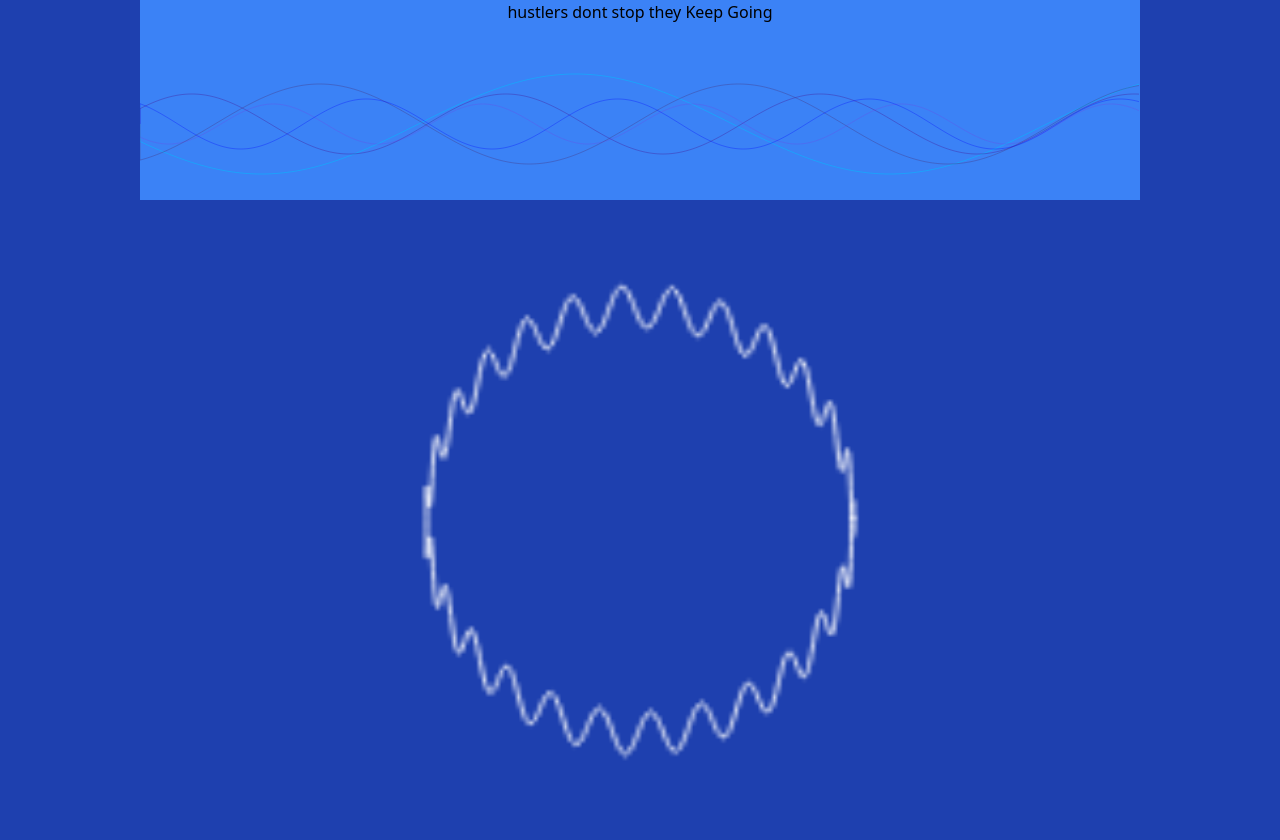
Repository: TMuse333/quantum-experiments
Page: /
The author's editor kept a copy of each file at every save. The page is drawn from the files as they stood at one save, then again after the next save.
The browser window is 1280 px wide. The pictures show the whole page.
The project was rebuilt for these pictures with package versions that can differ from the ones it lists, and the page was loaded fresh each time. Also part of the build but not shown: vite.config.ts.

Above is the page before, as saved 2024-06-08 18:42:15.

### src/App.tsx
import { useState } from 'react'
import reactLogo from './assets/react.svg'
import viteLogo from '/vite.svg'
import './App.css'
import SineWave from './components/sineWave/sineWave'
import ThreeJSWave from './components/threeeJsWave/threeJsWave'
import CircularWave from './components/circularWave/circularWave'

function App() {
  const [count, setCount] = useState(0)

  return (
    <>
    <div className='bg-blue-800 absolute top-0 left-0
    flex items-center flex-col justify-center w-screen'>


     <SineWave/>
     {/* <ThreeJSWave/> */}
     <CircularWave/>
     </div>
    </>
  )
}

export default App

### src/components/sineWave/sineWave.tsx
import React, { useRef, useEffect } from 'react';

const SineWave: React.FC = () => {
  const canvasRef = useRef<HTMLCanvasElement | null>(null);

  useEffect(() => {
    const canvas = canvasRef.current;
    if (!canvas) return;

    const c = canvas.getContext('2d');
    if (!c) return;

    const waves = [
      {
        amplitude: 50,
        frequency: 0.01,
        speed: 0.02,
        xOffset: 0,
        color: 'rgba(0, 191, 255, 0.5)', // Sky Blue
      },
      {
        amplitude: 30,
        frequency: 0.02,
        speed: 0.03,
        xOffset: 0,
        color: 'rgba(75, 0, 130, 0.3)', // Indigo
      },
      {
        amplitude: 20,
        frequency: 0.03,
        speed: 0.04,
        xOffset: 0,
        color: 'rgba(138, 43, 226, 0.2)', // Blue Violet
      },
      {
        amplitude: 40,
        frequency: 0.015,
        speed: 0.025,
        xOffset: 0,
        color: 'rgba(72, 61, 139, 0.4)', // Dark Slate Blue
      },
      {
        amplitude: 25,
        frequency: 0.025,
        speed: 0.035,
        xOffset: 0,
        color: 'rgba(0, 0, 255, 0.3)', // Blue
      },
    ];

    const resizeHandler = () => {
      canvas.width = canvas.parentElement?.clientWidth ?? window.innerWidth;
      canvas.height = canvas.parentElement?.clientHeight ?? window.innerHeight;
    };

    window.addEventListener('resize', resizeHandler);
    resizeHandler();

    const draw = () => {
      c.clearRect(0, 0, canvas.width, canvas.height);
      waves.forEach((wave) => {
        c.beginPath();
        c.moveTo(0, canvas.height / 2);
        for (let x = 0; x < canvas.width; x++) {
          const y = canvas.height / 2 + Math.sin(x * wave.frequency + wave.xOffset) * wave.amplitude;
          c.lineTo(x, y);
        }
        c.strokeStyle = wave.color;
        c.stroke();
        wave.xOffset += wave.speed;
      });
      requestAnimationFrame(draw);
    };

    draw();

    return () => {
      window.removeEventListener('resize', resizeHandler);
    };
  }, []);

  return (
    <div className='w-screen bg-blue-500 relative h-[200px] max-w-[1000px] ml-auto mr-auto'>
        <h1>hustlers dont stop they Keep Going</h1>
      <canvas className='h-full w-full mt-auto mb-auto' ref={canvasRef} />
    </div>
  );
};

export default SineWave;

### src/components/circularWave/circularWave.tsx
import React, { useEffect, useRef } from 'react';

const CircularWave: React.FC = () => {
  const canvasRef = useRef<HTMLCanvasElement | null>(null);
  const frameId = useRef<number | null>(null); // To store the frame ID

  useEffect(() => {
    const canvas = canvasRef.current;
    if (!canvas) return;

    const c = canvas.getContext('2d');
    if (!c) return;

    const centerX = canvas.width / 2;
    const centerY = canvas.height / 2;
    const radius = 50; // Radius of the circular wave
    const waveLength = 600; // Wavelength of the wave
    const amplitude = 5; // Amplitude of the wave
    const frequency = 2; // Frequency of the wave
    const phaseShift = Math.PI / 4; // Phase shift to start the wave from the top

    const draw = () => {
      c.clearRect(0, 0, canvas.width, canvas.height);

      // Draw circular path
      c.beginPath();

      c.stroke();

      // Draw circular wave
      for (let angle = 0; angle < Math.PI * 2; angle += 0.02) {
        const x = centerX + radius * Math.cos(angle);
        const y = centerY + radius * Math.sin(angle) + amplitude * Math.sin(angle * waveLength + frequency * angle + phaseShift);
        if (angle === 0) {
          c.moveTo(x, y);
        } else {
          c.lineTo(x, y);
        }
      }

      c.strokeStyle = 'rgba(255, 255, 255, 0.8)';
      c.stroke();

      frameId.current = requestAnimationFrame(draw);
    };

    draw();

    // Cleanup function
    return () => cancelAnimationFrame(frameId.current ?? 0); // Use ?? operator to handle null or undefined frame ID
  }, []);

  return (
    <canvas
      className='h-full w-full'
      ref={canvasRef}
      style={{ width: '100%', height: '100%' }}
    ></canvas>
  );
};

export default CircularWave;

Loaded but not shown: index.html (common file); src/main.tsx (common file); src/index.css (common file); src/App.css (common file); tailwind.config.js (common file)

After the next save:
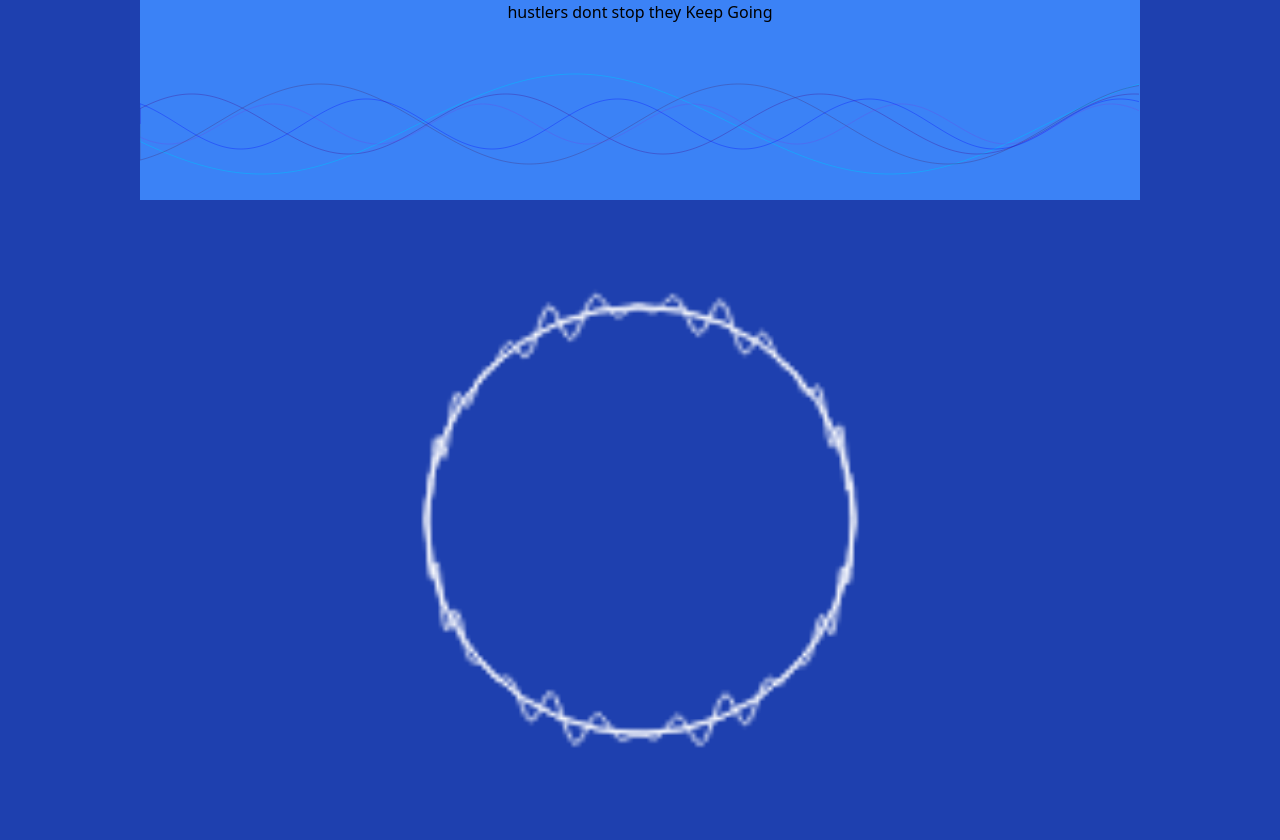
Saved 56 s later.
--- a/src/components/circularWave/circularWave.tsx
+++ b/src/components/circularWave/circularWave.tsx
@@ -24,13 +24,13 @@ const CircularWave: React.FC = () => {
 
       // Draw circular path
       c.beginPath();
-
+      c.arc(centerX, centerY, radius, 0, Math.PI * 2);
       c.stroke();
 
       // Draw circular wave
       for (let angle = 0; angle < Math.PI * 2; angle += 0.02) {
         const x = centerX + radius * Math.cos(angle);
-        const y = centerY + radius * Math.sin(angle) + amplitude * Math.sin(angle * waveLength + frequency * angle + phaseShift);
+        const y = centerY + radius * Math.sin(angle) + amplitude * Math.sin(angle * waveLength + frequency * angle + phaseShift) * Math.sin(angle * frequency * 2);
         if (angle === 0) {
           c.moveTo(x, y);
         } else {
